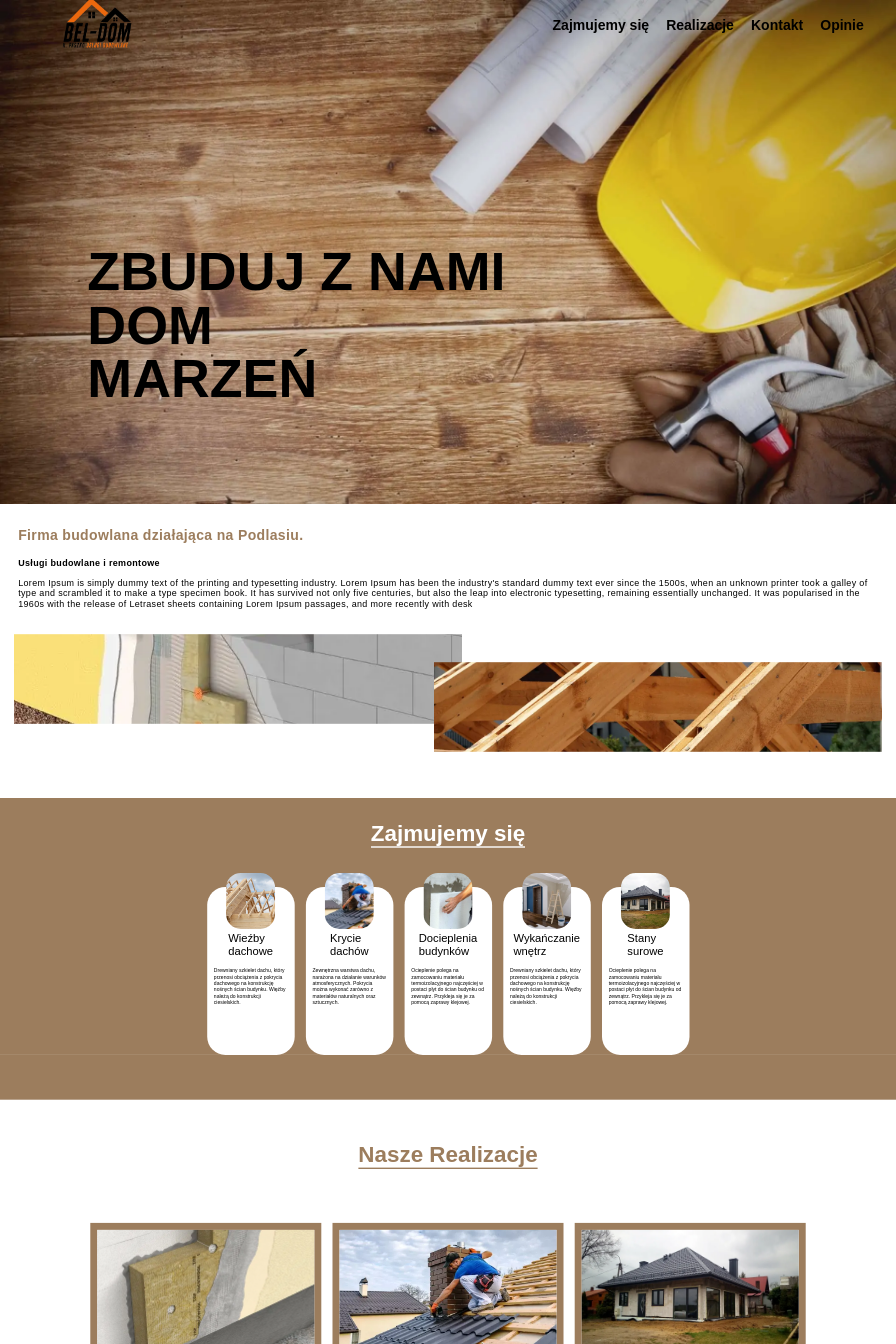
Repository: JakubPaszko2001/bel
Page: http://localhost/
The author's editor kept a copy of each file at every save. The page is drawn from the files as they stood at one save, then again after the next save.
The browser window is 1280 px wide. The pictures show the part of the page from y = 0 to 1920 px (the page is 3055 px tall), at 70% of full size.
Some web fonts or font styles are not loaded; a fallback is used. The page is run by PHP 8.4 with error messages shown; the project is at /var/www/html/. Queries for data that is not in the repository find no rows.

Above is the page before, as saved 2022-03-22 14:34:18.

After the next save:
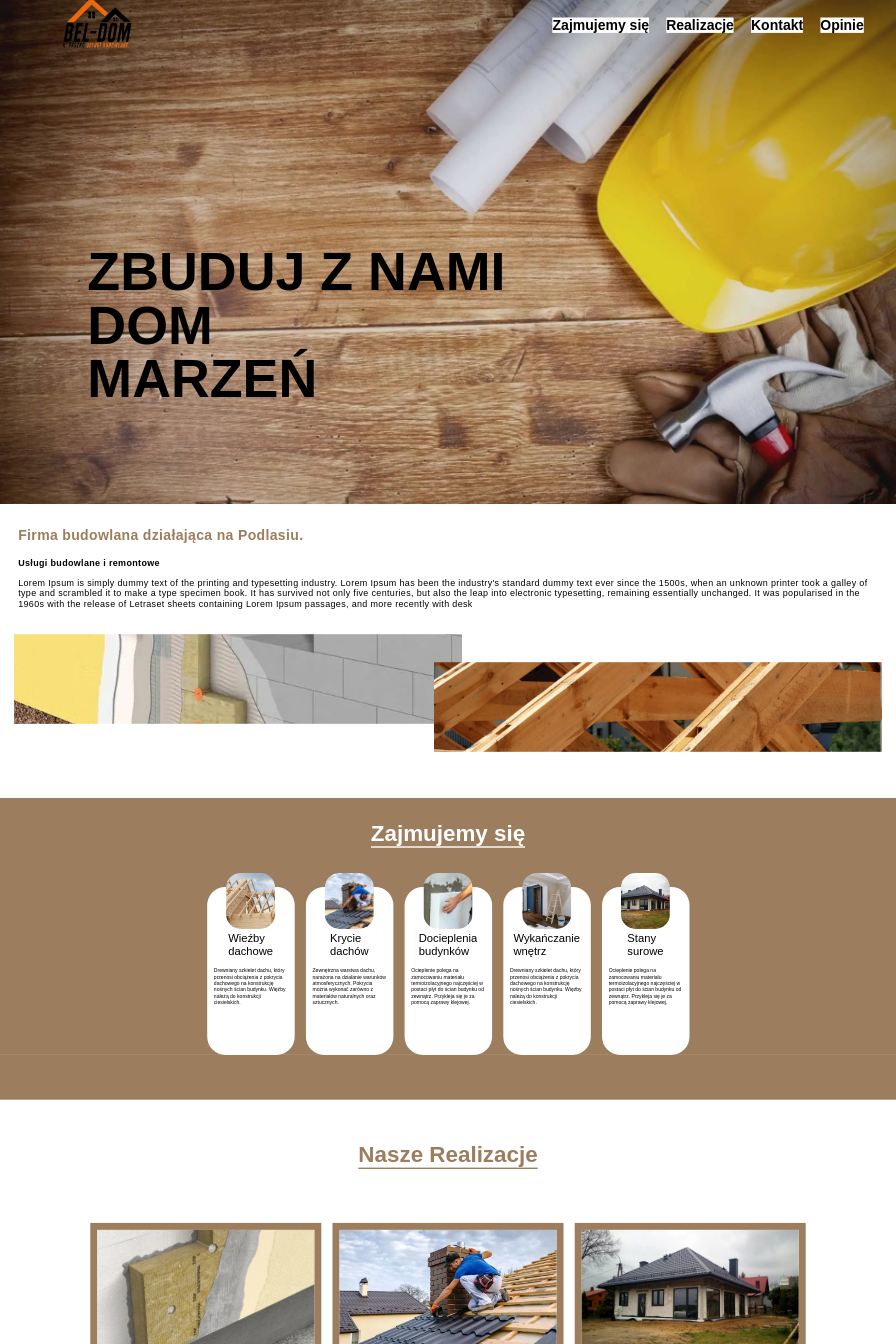
Saved 4 min 15 s later.
--- a/style.css
+++ b/style.css
@@ -481,5 +481,6 @@ button{
     .black {
         color: black;
         font-weight: var(--ww-bold);
-    }
-}
+        background: white;
+    }
+}
